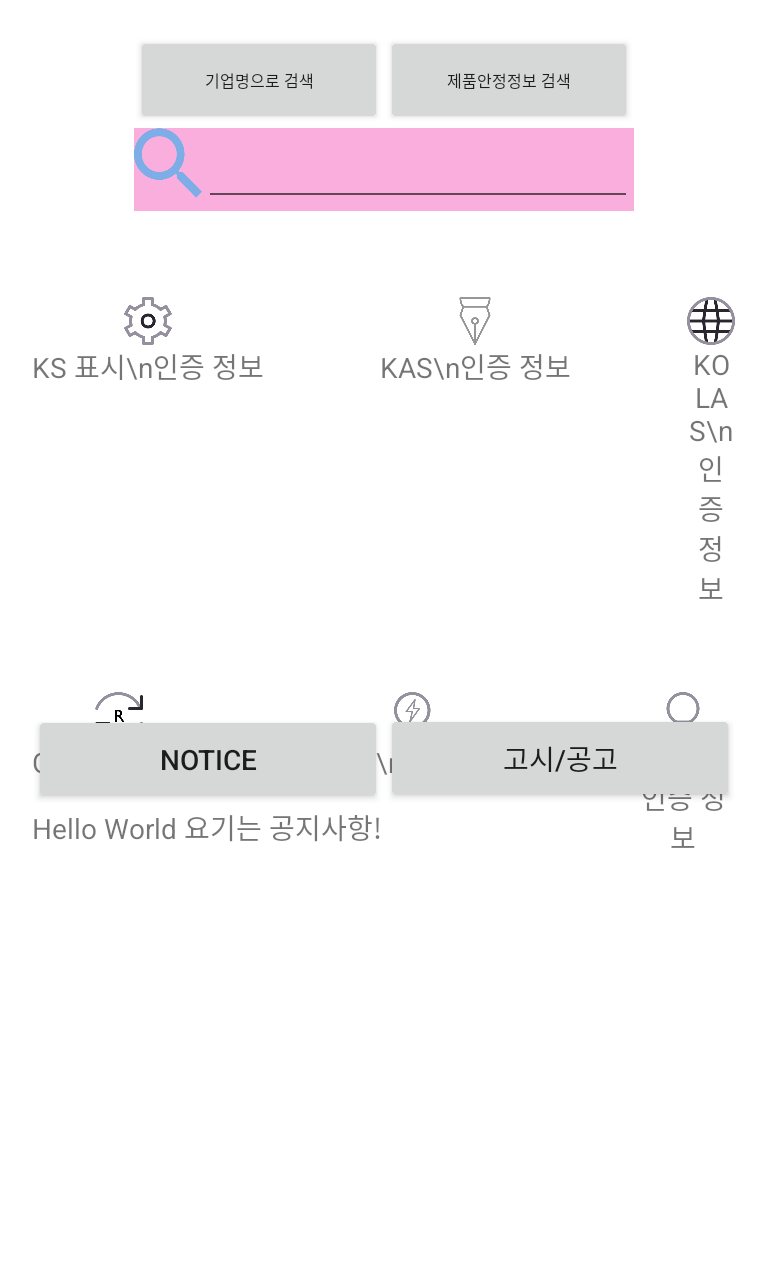
Repository: team-peony/ccfinder
Layout: android/CertifiedCompanyFinder/res/layout/fragment_main.xml
An editor plug-in stored every save of this project. The layout is shown before and after the next save, followed by the edit.
It is drawn on a 768 x 1280 px phone screen (xhdpi) without system bars, with theme AppTheme; the app's code is not run.

Above is the layout before, as saved 2015-02-18 17:14:57.

### android/CertifiedCompanyFinder/res/layout/fragment_main.xml
<RelativeLayout xmlns:android="http://schemas.android.com/apk/res/android"
    xmlns:tools="http://schemas.android.com/tools"
    android:layout_width="match_parent"
    android:layout_height="match_parent"
    android:paddingBottom="@dimen/activity_vertical_margin"
    android:paddingLeft="@dimen/activity_horizontal_margin"
    android:paddingRight="@dimen/activity_horizontal_margin"
    android:paddingTop="@dimen/activity_vertical_margin"
    android:background="#FFFFFF"
    tools:context="com.peony.ccfinder.MainActivity$PlaceholderFragment" >

    <!-- 검색어 입력창 부분 -->
    <LinearLayout
        android:id="@+id/main_llSearch"
        android:layout_centerHorizontal="true"
        android:layout_width="250dp"
        android:layout_height="wrap_content"
        android:orientation="vertical">

        <LinearLayout
            android:layout_width="match_parent"
            android:layout_height="wrap_content"
            android:orientation="horizontal">
            <Button
                android:id="@+id/main_btnCompany"
                android:layout_width="0dp"
                android:layout_height="wrap_content"
                android:layout_weight="1"
                android:padding="0dp"
                android:textSize="8sp"
                android:text="기업명으로 검색"/>

            <Button
                android:id="@+id/main_btnSafety"
                android:layout_width="0dp"
                android:layout_height="wrap_content"
                android:layout_weight="1"
                android:padding="0dp"
                android:textSize="8sp"
                android:text="제품안정정보 검색"/>

        </LinearLayout>

        <LinearLayout
            android:layout_width="match_parent"
            android:layout_height="wrap_content"
            android:orientation="horizontal"
            android:background="@color/cc_color_bage">

            <ImageView
                android:layout_width="34dp"
                android:layout_height="35dp"
                android:src="@drawable/search_icon" />

            <EditText
                android:id="@+id/main_etKeyword"
                android:layout_width="match_parent"
                android:layout_height="wrap_content"/>

        </LinearLayout>
    </LinearLayout>


    <!-- 카테고리 부분 -->
    <LinearLayout
        android:id="@+id/main_llCategories"
        android:layout_width="wrap_content"
        android:layout_height="wrap_content"
        android:layout_marginTop="43dp"
        android:orientation="vertical"
        android:layout_centerHorizontal="true"
        android:layout_below="@id/main_llSearch">
        <!-- 카테고리 상단 -->
        <LinearLayout
            android:layout_width="wrap_content"
            android:layout_height="wrap_content"
            android:orientation="horizontal">

            <!-- KS -->
            <LinearLayout
                android:id="@+id/main_llCategoryKs"
                android:layout_width="wrap_content"
                android:layout_height="wrap_content"
                android:orientation="vertical"
                android:gravity="center">
	            <ImageView
	                android:layout_width="@dimen/category_icon_size"
	                android:layout_height="@dimen/category_icon_size"
	                android:src="@drawable/ks_icon" />

	            <TextView
	                android:layout_width="wrap_content"
	                android:layout_height="wrap_content"
	                android:text="KS 표시\n인증 정보"
	                android:gravity="center"/>
	        </LinearLayout>

            <!-- KAS -->
            <LinearLayout
                android:id="@+id/main_llCategoryKas"
                android:layout_width="wrap_content"
                android:layout_height="wrap_content"
                android:layout_marginLeft="@dimen/category_padding"
                android:layout_marginRight="@dimen/category_padding"
                android:orientation="vertical"
                android:gravity="center">
	            <ImageView
	                android:layout_width="@dimen/category_icon_size"
	                android:layout_height="@dimen/category_icon_size"
	                android:src="@drawable/kas_icon" />

	            <TextView
	                android:layout_width="wrap_content"
	                android:layout_height="wrap_content"
	                android:text="KAS\n인증 정보"
	                android:gravity="center"/>
	        </LinearLayout>

            <!-- KOLAS -->
            <LinearLayout
                android:id="@+id/main_llCategoryKolas"
                android:layout_width="wrap_content"
                android:layout_height="wrap_content"
                android:orientation="vertical"
                android:gravity="center">
	            <ImageView
	                android:layout_width="@dimen/category_icon_size"
	                android:layout_height="@dimen/category_icon_size"
	                android:src="@drawable/kolas_icon" />

	            <TextView
	                android:layout_width="wrap_content"
	                android:layout_height="wrap_content"
	                android:text="KOLAS\n인증 정보"
	                android:gravity="center"/>
	        </LinearLayout>

        </LinearLayout>


        <!-- 카테고리 하단 -->
        <LinearLayout
            android:layout_marginTop="42dp"
            android:layout_width="wrap_content"
            android:layout_height="wrap_content"
            android:orientation="horizontal">
            <!-- GR -->
            <LinearLayout
                android:id="@+id/main_llCategoryGr"
                android:layout_width="wrap_content"
                android:layout_height="wrap_content"
                android:orientation="vertical"
                android:gravity="center">
	            <ImageView
	                android:layout_width="@dimen/category_icon_size"
	                android:layout_height="@dimen/category_icon_size"
	                android:src="@drawable/gr_icon" />

	            <TextView
	                android:layout_width="wrap_content"
	                android:layout_height="wrap_content"
	                android:text="GR\n인증 정보"
	                android:gravity="center"/>
	        </LinearLayout>

            <!-- NET -->
            <LinearLayout
                android:id="@+id/main_llCategoryNet"
                android:layout_width="wrap_content"
                android:layout_height="wrap_content"
                android:layout_marginLeft="@dimen/category_padding"
                android:layout_marginRight="@dimen/category_padding"
                android:orientation="vertical"
                android:gravity="center">
	            <ImageView
	                android:layout_width="@dimen/category_icon_size"
	                android:layout_height="@dimen/category_icon_size"
	                android:src="@drawable/net_icon" />

	            <TextView
	                android:layout_width="wrap_content"
	                android:layout_height="wrap_content"
	                android:text="NET\n인증 정보"
	                android:gravity="center"/>
	        </LinearLayout>

            <!-- NEP -->
            <LinearLayout
                android:id="@+id/main_llCategoryNep"
                android:layout_width="wrap_content"
                android:layout_height="wrap_content"
                android:orientation="vertical"
                android:gravity="center">
	            <ImageView
	                android:layout_width="@dimen/category_icon_size"
	                android:layout_height="@dimen/category_icon_size"
	                android:src="@drawable/nep_icon" />

	            <TextView
	                android:layout_width="wrap_content"
	                android:layout_height="wrap_content"
	                android:text="NEP\n인증 정보"
	                android:gravity="center"/>
	        </LinearLayout>

        </LinearLayout>

    </LinearLayout>

    <!-- 공지 사항 -->
    <LinearLayout
        android:id="@+id/main_llNoticeArea"
        android:layout_width="match_parent"
        android:layout_height="wrap_content"
        android:orientation="vertical"
        android:layout_alignParentBottom="true">

        <!-- 공지 탭 -->
        <LinearLayout
            android:layout_width="match_parent"
            android:layout_height="wrap_content"
            android:orientation="horizontal">
            <Button
	            android:id="@+id/main_btnTabNotice"
	            android:layout_width="0dp"
	            android:layout_height="wrap_content"
	            android:layout_weight="1"
	            android:text="NOTICE"/>

	        <Button
	            android:id="@+id/main_btnTabGosi"
	            android:layout_width="0dp"
	            android:layout_height="wrap_content"
	            android:layout_weight="1"
	            android:text="고시/공고"/>
        </LinearLayout>

        <TextView
            android:layout_width="match_parent"
            android:layout_height="50dp"
            android:text="Hello World 요기는 공지사항!"/>

        <Button
	            android:id="@+id/main_btnReadMore"
	            android:layout_width="0dp"
	            android:layout_height="wrap_content"
	            android:layout_weight="1"
	            android:text="Read more"/>
    </LinearLayout>

</RelativeLayout>

### android/CertifiedCompanyFinder/res/values/styles.xml
<resources>

    <!--
        Base application theme, dependent on API level. This theme is replaced
        by AppBaseTheme from res/values-vXX/styles.xml on newer devices.
    -->
    <style name="AppBaseTheme" parent="Theme.AppCompat.Light">
        <!--
            Theme customizations available in newer API levels can go in
            res/values-vXX/styles.xml, while customizations related to
            backward-compatibility can go here.
        -->
    </style>

    <!-- Application theme. -->
    <style name="AppTheme" parent="AppBaseTheme">
        <!-- All customizations that are NOT specific to a particular API-level can go here. -->
    </style>

</resources>

### android/CertifiedCompanyFinder/res/values/dimens.xml
<resources>

    <!-- Default screen margins, per the Android Design guidelines. -->
    <dimen name="activity_horizontal_margin">16dp</dimen>
    <dimen name="activity_vertical_margin">16dp</dimen>
	<dimen name="category_icon_size">24dp</dimen>
	<dimen name="category_padding">58dp</dimen>
</resources>

### android/CertifiedCompanyFinder/res/values/colors.xml
<?xml version="1.0" encoding="utf-8"?>
<resources>
    <color name="cc_color_bage">#faaede</color>

</resources>

Loaded but not shown: android/CertifiedCompanyFinder/res/values-v11/styles.xml (common file); android/CertifiedCompanyFinder/res/values-v14/styles.xml (common file); android/CertifiedCompanyFinder/res/values-w820dp/dimens.xml (common file)

After the next save:
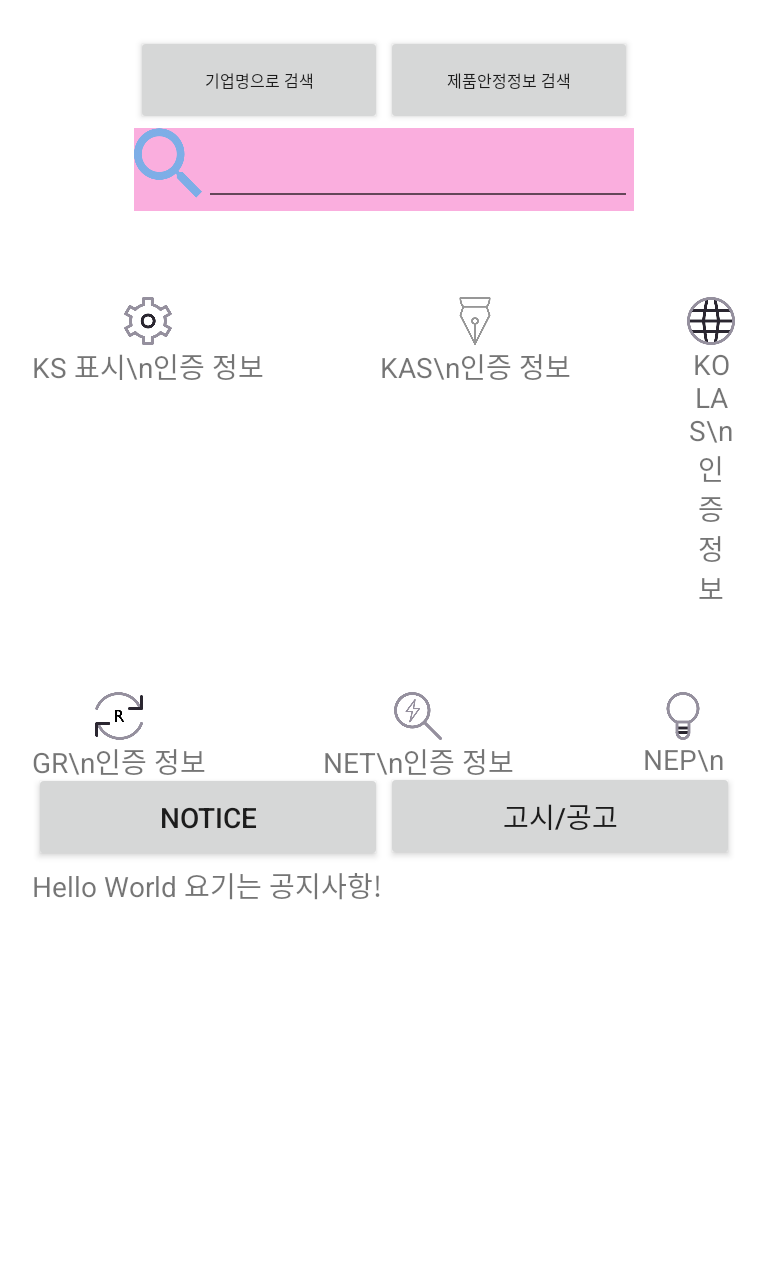
Saved 12 s later.
--- a/android/CertifiedCompanyFinder/res/layout/fragment_main.xml
+++ b/android/CertifiedCompanyFinder/res/layout/fragment_main.xml
@@ -237,7 +237,7 @@
 
         <TextView
             android:layout_width="match_parent"
-            android:layout_height="50dp"
+            android:layout_height="wrap_content"
             android:text="Hello World 요기는 공지사항!"/>
 
         <Button
